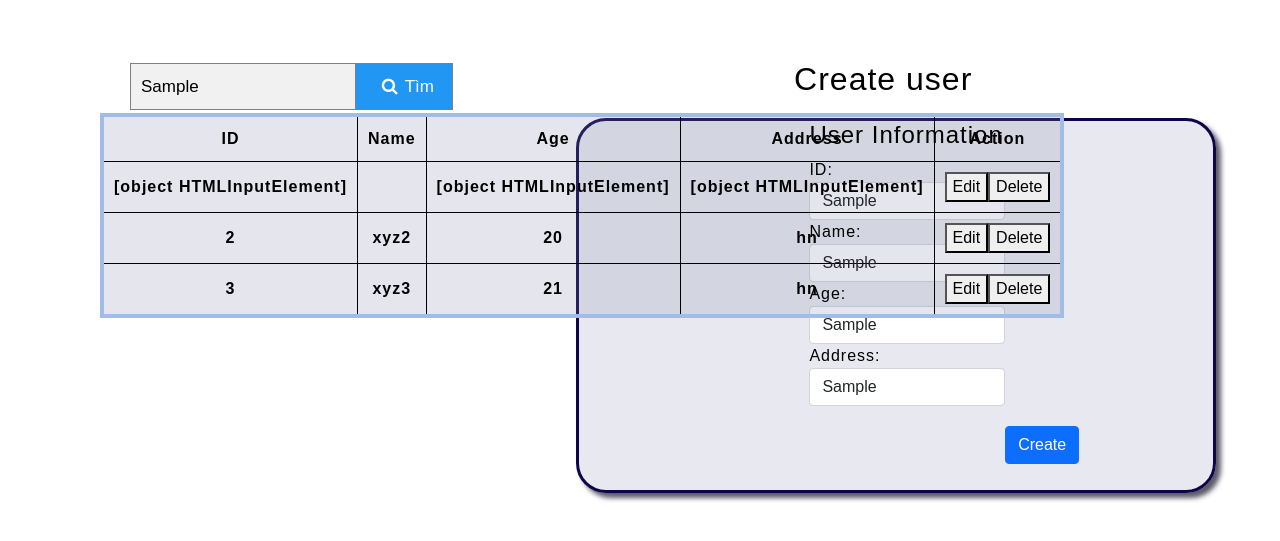
Repository: minhtuan16/JS-Basic
Page: CRUD-Department/userrr.html
An editor plug-in stored every save of this project. The page is shown before and after the next save, followed by the edit.
The browser window is 1280 px wide. The pictures show the whole page.
Empty fields were first filled with sample values (such as "Sample", 5 or name@example.com).
After loading, the first visible `#searchh` was clicked once.

Above is the page before, as saved 2022-06-09 01:45:47.

After the next save:
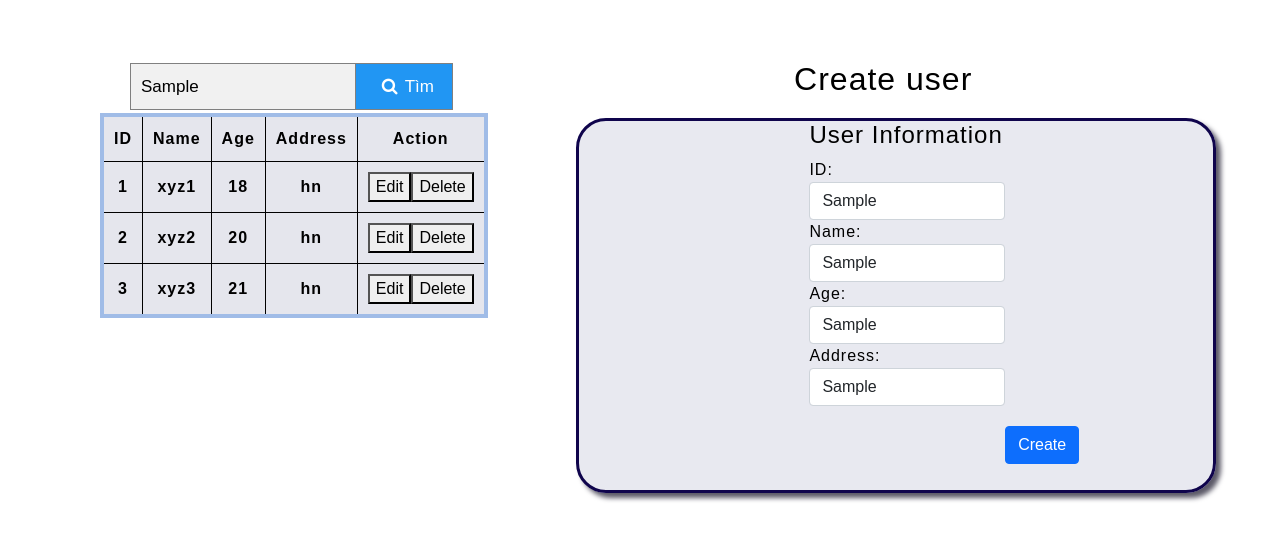
Saved 48 s later.
--- a/CRUD-Department/scripts/create.js
+++ b/CRUD-Department/scripts/create.js
@@ -155,7 +155,7 @@
             console.log(data)
             resetDrawTable(data)
         } else if (inputt.length > 0) {
-            var index = data.findIndex(x => x.name.indexOf(inputt) );
+            var index = data.filter(x => x.name.indexOf(inputt) );
 
             // data = index;
 

After the 3 saves that followed:
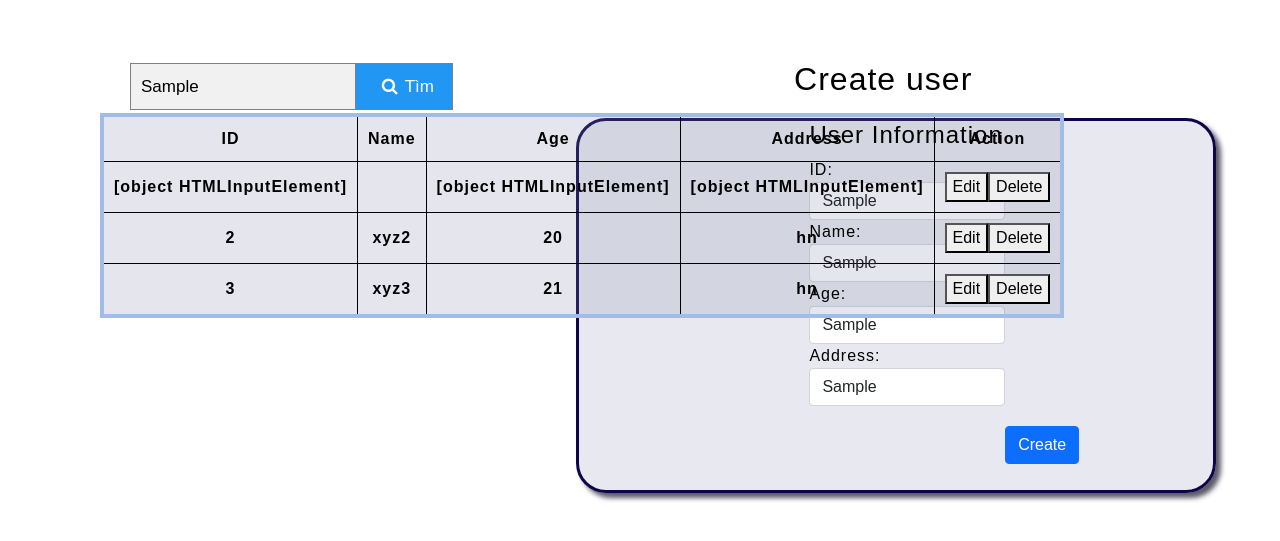
The 3 saves are shown as one change because 2 left the picture as it was.
The last was saved 88 s later.
--- a/CRUD-Department/scripts/create.js
+++ b/CRUD-Department/scripts/create.js
@@ -155,12 +155,11 @@
             console.log(data)
             resetDrawTable(data)
         } else if (inputt.length > 0) {
-            var index = data.filter(x => x.name.indexOf(inputt) );
+            var index = data.findIndex(x => x.name.indexOf(inputt) );
 
             // data = index;
+            data[index] = {id: id, name: name, age: age, address: address};
+            resetDrawTable(data)
 
-            // resetDrawTable(data)
-            data[index] = {id: id, name: name, age: age, address: address};
-            resetDrawTable(data);
         }
 }
